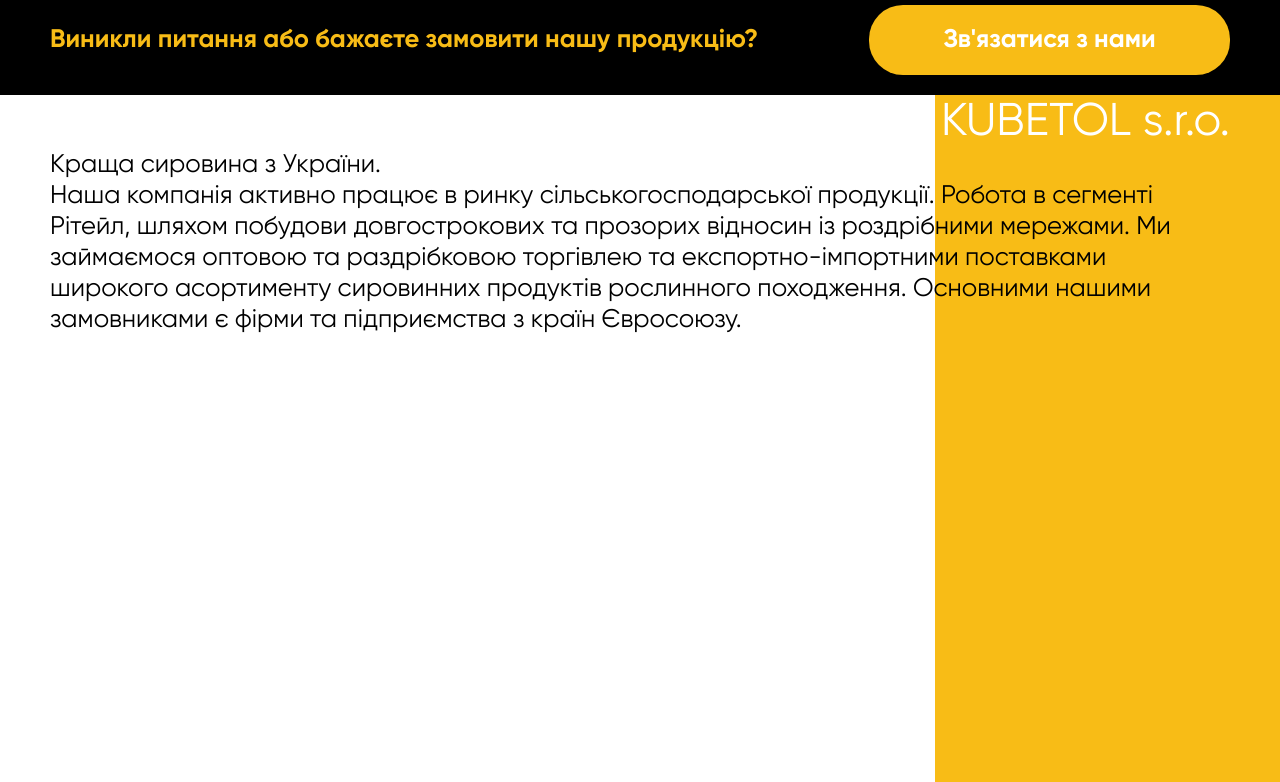
Repository: fanbear/Kubetol
Page: index.html
These files come from the project's save history. The page is drawn as it stood at one moment and after the next save; the edit follows.
The browser window is 1280 px wide. The pictures show the part of the page from y = 1198 to 1980 px (the page is 1980 px tall).

Above is the page before, as saved 2023-04-06 20:10:41.

After the next save:
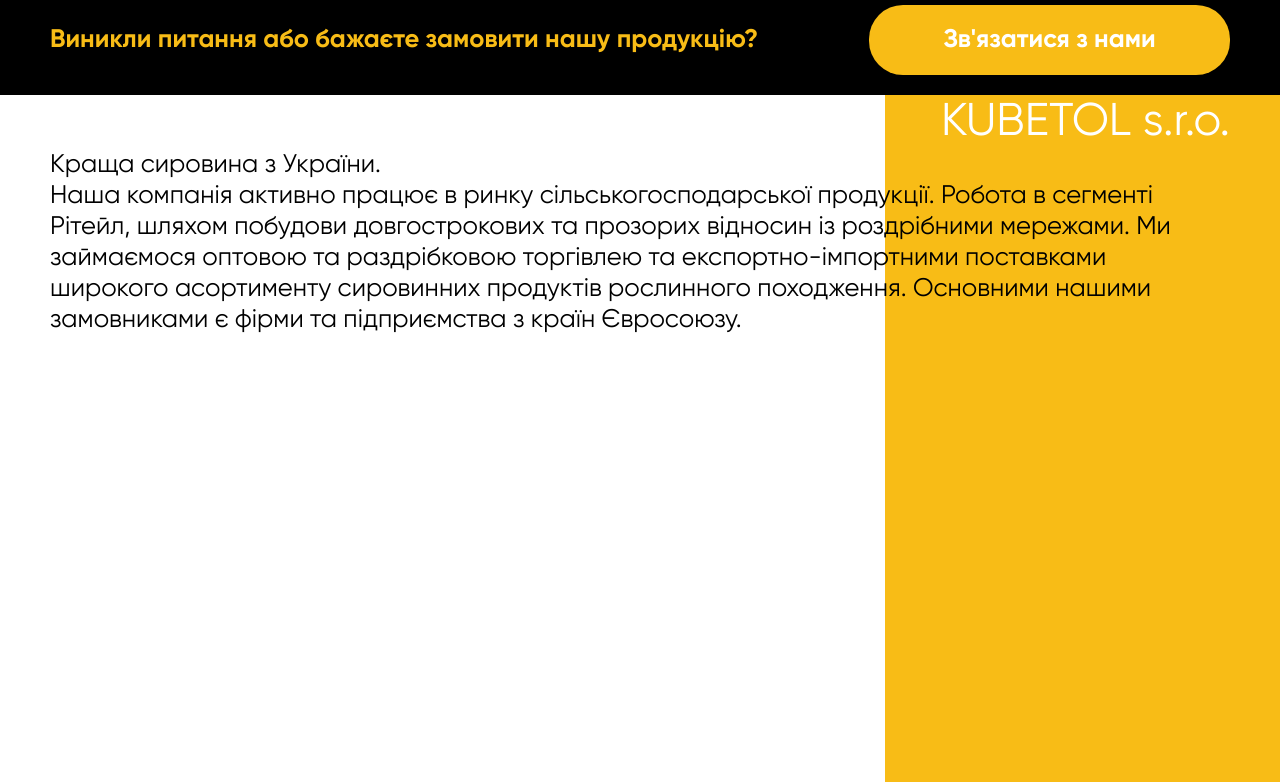
Saved 7 s later.
--- a/css/main.css
+++ b/css/main.css
@@ -191,7 +191,7 @@
     height: 687px;
     background-color: var(--yellow-color);
     min-width: 345px;
-    width: calc((100% - var(--width)) / 2);
+    width: calc((100% - var(--width)) / 2 + 345px);
     position: absolute;
     z-index: -1;
     right: 0;
